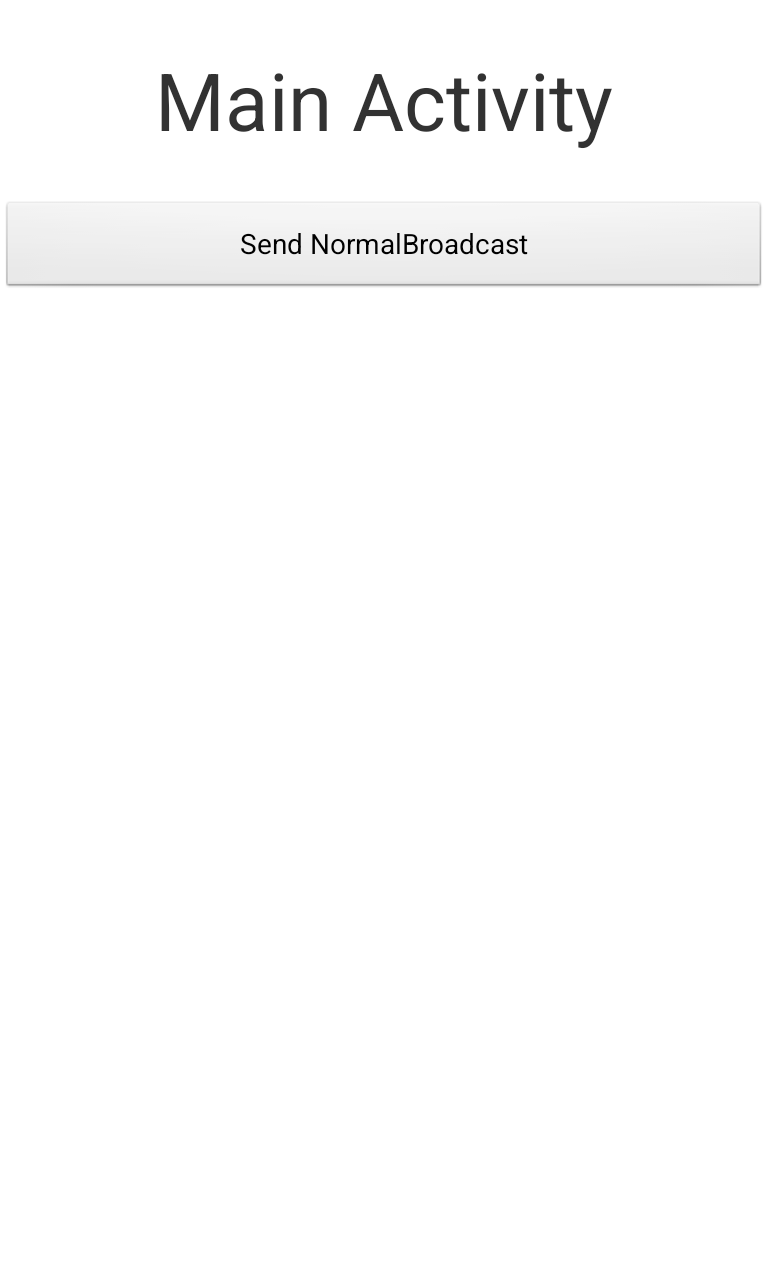
Repository: CiLiNet-Android/courseware
Layout: Android基本组件/BroadCastReciver/SourceCodes/NormalBroadcastReceiverDemo/res/layout/activity_main.xml
An editor plug-in stored every save of this project. The layout is shown before and after the next save, followed by the edit.
It is drawn on a 768 x 1280 px phone screen (xhdpi) without system bars, with theme AppTheme; the app's code is not run.

Above is the layout before, as saved 2014-02-09 14:20:46.

### Android基本组件/BroadCastReciver/SourceCodes/NormalBroadcastReceiverDemo/res/layout/activity_main.xml
<?xml version="1.0" encoding="utf-8"?>
<LinearLayout xmlns:android="http://schemas.android.com/apk/res/android"
    android:layout_width="match_parent"
    android:layout_height="match_parent"
    android:orientation="vertical" >

    <TextView
        android:layout_width="match_parent"
        android:layout_height="100dp"
        android:gravity="center"
        android:textSize="40sp"
        android:text="Main Activity"/>

    <Button
        android:layout_width="match_parent"
        android:layout_height="wrap_content"
        android:text="Send NormalBroadcast"/>

</LinearLayout>

Loaded but not shown: Android基本组件/BroadCastReciver/SourceCodes/NormalBroadcastReceiverDemo/res/values/styles.xml (common file)

After the next save:
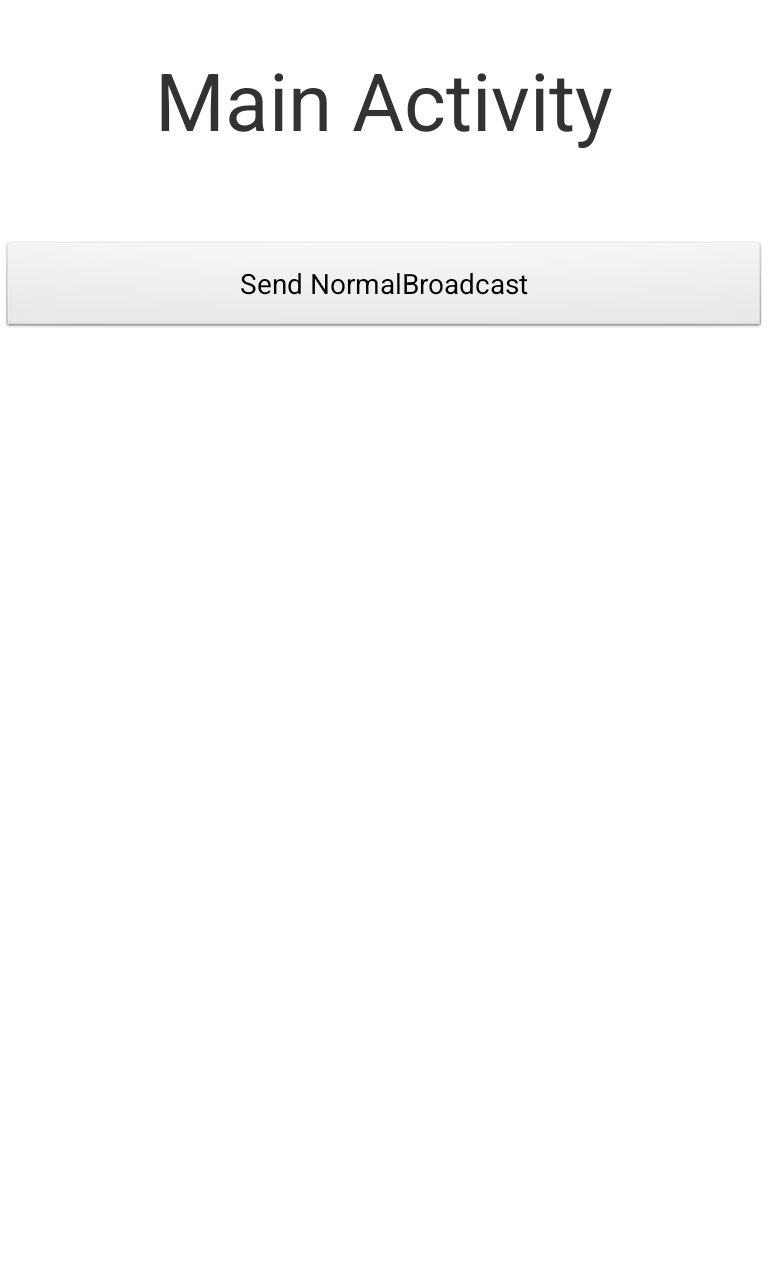
Saved 16 s later.
--- a/Android基本组件/BroadCastReciver/SourceCodes/NormalBroadcastReceiverDemo/res/layout/activity_main.xml
+++ b/Android基本组件/BroadCastReciver/SourceCodes/NormalBroadcastReceiverDemo/res/layout/activity_main.xml
@@ -14,6 +14,8 @@
     <Button
         android:layout_width="match_parent"
         android:layout_height="wrap_content"
-        android:text="Send NormalBroadcast"/>
+        android:layout_marginTop="20dp"
+        android:text="Send NormalBroadcast"
+        />
 
 </LinearLayout>
